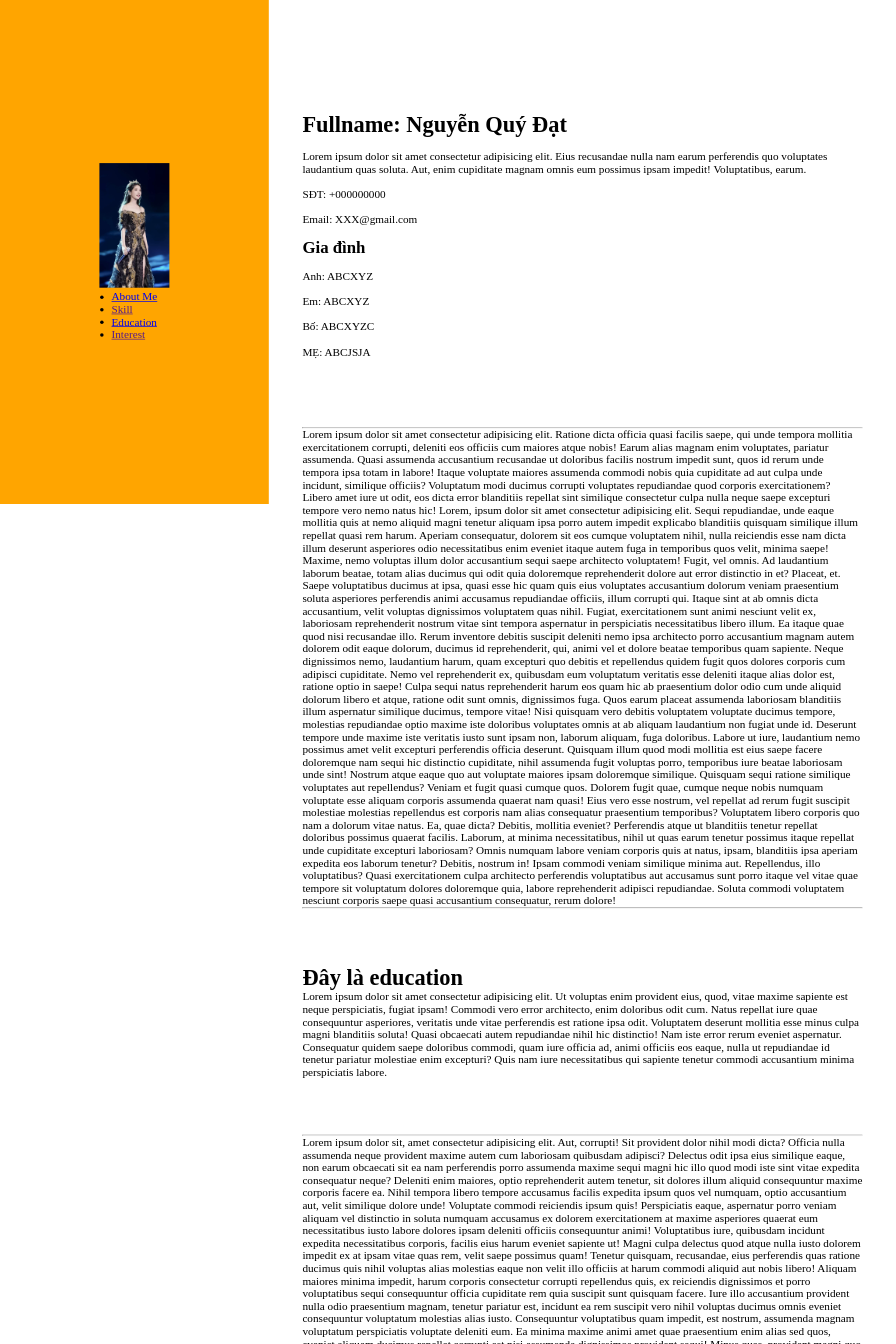
Repository: KinD2704/Web-University
Page: test/index.html
An editor plug-in stored every save of this project. The page is shown before and after the next save, followed by the edit.
The browser window is 1280 px wide. The pictures show the part of the page from y = 0 to 1920 px (the page is 2837 px tall), at 70% of full size.

Above is the page before, as saved 2023-12-01 22:49:20.

### test/index.html
<!DOCTYPE html>
<html lang="en">
    <head>
        <meta charset="UTF-8" />
        <meta name="viewport" content="width=device-width, initial-scale=1.0" />
        <title>Document</title>
        <link rel="stylesheet" href="style.css" />
    </head>
    <body>
        <div class="main">
            <div class="menu">
                <div class="logo">
                    <img
                        src="IU.jpg"
                        width="100"
                        alt="Đây là hình ảnh của tôi"
                    />
                </div>
                <div class="list">
                    <ul>
                        <li>
                            <a href="#ME">About Me</a>
                        </li>
                        <li>
                            <a href="">Skill</a>
                        </li>
                        <li>
                            <a href="#educate">Education</a>
                        </li>
                        <li>
                            <a href="">Interest</a>
                        </li>
                    </ul>
                </div>
            </div>
            <div class="para">
                <div class="aboutme" id="ME">
                    <h1>Fullname: Nguyễn Quý Đạt</h1>
                    <br />
                    <p>
                        Lorem ipsum dolor sit amet consectetur adipisicing elit.
                        Eius recusandae nulla nam earum perferendis quo
                        voluptates laudantium quas soluta. Aut, enim cupiditate
                        magnam omnis eum possimus ipsam impedit! Voluptatibus,
                        earum.
                    </p>
                    <br />
                    <p>SĐT: +000000000</p>
                    <br />
                    <p>Email: XXX@gmail.com</p>
                    <br />
                    <h2>Gia đình</h2>
                    <br />
                    <p>Anh: ABCXYZ</p>
                    <br />
                    <p>Em: ABCXYZ</p>
                    <br />
                    <p>Bố: ABCXYZC</p>
                    <br />
                    <p>MẸ: ABCJSJA</p>
                    <br />
                </div>
                <hr />
                <div class="Skill">
                    Lorem ipsum dolor sit amet consectetur adipisicing elit.
                    Ratione dicta officia quasi facilis saepe, qui unde tempora
                    mollitia exercitationem corrupti, deleniti eos officiis cum
                    maiores atque nobis! Earum alias magnam enim voluptates,
                    pariatur assumenda. Quasi assumenda accusantium recusandae
                    ut doloribus facilis nostrum impedit sunt, quos id rerum
                    unde tempora ipsa totam in labore! Itaque voluptate maiores
                    assumenda commodi nobis quia cupiditate ad aut culpa unde
                    incidunt, similique officiis? Voluptatum modi ducimus
                    corrupti voluptates repudiandae quod corporis
                    exercitationem? Libero amet iure ut odit, eos dicta error
                    blanditiis repellat sint similique consectetur culpa nulla
                    neque saepe excepturi tempore vero nemo natus hic! Lorem,
                    ipsum dolor sit amet consectetur adipisicing elit. Sequi
                    repudiandae, unde eaque mollitia quis at nemo aliquid magni
                    tenetur aliquam ipsa porro autem impedit explicabo
                    blanditiis quisquam similique illum repellat quasi rem
                    harum. Aperiam consequatur, dolorem sit eos cumque
                    voluptatem nihil, nulla reiciendis esse nam dicta illum
                    deserunt asperiores odio necessitatibus enim eveniet itaque
                    autem fuga in temporibus quos velit, minima saepe! Maxime,
                    nemo voluptas illum dolor accusantium sequi saepe architecto
                    voluptatem! Fugit, vel omnis. Ad laudantium laborum beatae,
                    totam alias ducimus qui odit quia doloremque reprehenderit
                    dolore aut error distinctio in et? Placeat, et. Saepe
                    voluptatibus ducimus at ipsa, quasi esse hic quam quis eius
                    voluptates accusantium dolorum veniam praesentium soluta
                    asperiores perferendis animi accusamus repudiandae officiis,
                    illum corrupti qui. Itaque sint at ab omnis dicta
                    accusantium, velit voluptas dignissimos voluptatem quas
                    nihil. Fugiat, exercitationem sunt animi nesciunt velit ex,
                    laboriosam reprehenderit nostrum vitae sint tempora
                    aspernatur in perspiciatis necessitatibus libero illum. Ea
                    itaque quae quod nisi recusandae illo. Rerum inventore
                    debitis suscipit deleniti nemo ipsa architecto porro
                    accusantium magnam autem dolorem odit eaque dolorum, ducimus
                    id reprehenderit, qui, animi vel et dolore beatae temporibus
                    quam sapiente. Neque dignissimos nemo, laudantium harum,
                    quam excepturi quo debitis et repellendus quidem fugit quos
                    dolores corporis cum adipisci cupiditate. Nemo vel
                    reprehenderit ex, quibusdam eum voluptatum veritatis esse
                    deleniti itaque alias dolor est, ratione optio in saepe!
                    Culpa sequi natus reprehenderit harum eos quam hic ab
                    praesentium dolor odio cum unde aliquid dolorum libero et
                    atque, ratione odit sunt omnis, dignissimos fuga. Quos earum
                    placeat assumenda laboriosam blanditiis illum aspernatur
                    similique ducimus, tempore vitae! Nisi quisquam vero debitis
                    voluptatem voluptate ducimus tempore, molestias repudiandae
                    optio maxime iste doloribus voluptates omnis at ab aliquam
                    laudantium non fugiat unde id. Deserunt tempore unde maxime
                    iste veritatis iusto sunt ipsam non, laborum aliquam, fuga
                    doloribus. Labore ut iure, laudantium nemo possimus amet
                    velit excepturi perferendis officia deserunt. Quisquam illum
                    quod modi mollitia est eius saepe facere doloremque nam
                    sequi hic distinctio cupiditate, nihil assumenda fugit
                    voluptas porro, temporibus iure beatae laboriosam unde sint!
                    Nostrum atque eaque quo aut voluptate maiores ipsam
                    doloremque similique. Quisquam sequi ratione similique
                    voluptates aut repellendus? Veniam et fugit quasi cumque
                    quos. Dolorem fugit quae, cumque neque nobis numquam
                    voluptate esse aliquam corporis assumenda quaerat nam quasi!
                    Eius vero esse nostrum, vel repellat ad rerum fugit suscipit
                    molestiae molestias repellendus est corporis nam alias
                    consequatur praesentium temporibus? Voluptatem libero
                    corporis quo nam a dolorum vitae natus. Ea, quae dicta?
                    Debitis, mollitia eveniet? Perferendis atque ut blanditiis
                    tenetur repellat doloribus possimus quaerat facilis.
                    Laborum, at minima necessitatibus, nihil ut quas earum
                    tenetur possimus itaque repellat unde cupiditate excepturi
                    laboriosam? Omnis numquam labore veniam corporis quis at
                    natus, ipsam, blanditiis ipsa aperiam expedita eos laborum
                    tenetur? Debitis, nostrum in! Ipsam commodi veniam similique
                    minima aut. Repellendus, illo voluptatibus? Quasi
                    exercitationem culpa architecto perferendis voluptatibus aut
                    accusamus sunt porro itaque vel vitae quae tempore sit
                    voluptatum dolores doloremque quia, labore reprehenderit
                    adipisci repudiandae. Soluta commodi voluptatem nesciunt
                    corporis saepe quasi accusantium consequatur, rerum dolore!
                </div>
                <hr />
                <div class="Education" id="educate">
                    <h1>Đây là education</h1>
                    <p>
                        Lorem ipsum dolor sit amet consectetur adipisicing elit.
                        Ut voluptas enim provident eius, quod, vitae maxime
                        sapiente est neque perspiciatis, fugiat ipsam! Commodi
                        vero error architecto, enim doloribus odit cum. Natus
                        repellat iure quae consequuntur asperiores, veritatis
                        unde vitae perferendis est ratione ipsa odit. Voluptatem
                        deserunt mollitia esse minus culpa magni blanditiis
                        soluta! Quasi obcaecati autem repudiandae nihil hic
                        distinctio! Nam iste error rerum eveniet aspernatur.
                        Consequatur quidem saepe doloribus commodi, quam iure
                        officia ad, animi officiis eos eaque, nulla ut
                        repudiandae id tenetur pariatur molestiae enim
                        excepturi? Quis nam iure necessitatibus qui sapiente
                        tenetur commodi accusantium minima perspiciatis labore.
                    </p>
                </div>
                <hr />
                <div class="Interest">
                    Lorem ipsum dolor sit, amet consectetur adipisicing elit.
                    Aut, corrupti! Sit provident dolor nihil modi dicta? Officia
                    nulla assumenda neque provident maxime autem cum laboriosam
                    quibusdam adipisci? Delectus odit ipsa eius similique eaque,
                    non earum obcaecati sit ea nam perferendis porro assumenda
                    maxime sequi magni hic illo quod modi iste sint vitae
                    expedita consequatur neque? Deleniti enim maiores, optio
                    reprehenderit autem tenetur, sit dolores illum aliquid
                    consequuntur maxime corporis facere ea. Nihil tempora libero
                    tempore accusamus facilis expedita ipsum quos vel numquam,
                    optio accusantium aut, velit similique dolore unde!
                    Voluptate commodi reiciendis ipsum quis! Perspiciatis eaque,
                    aspernatur porro veniam aliquam vel distinctio in soluta
                    numquam accusamus ex dolorem exercitationem at maxime
                    asperiores quaerat eum necessitatibus iusto labore dolores
                    ipsam deleniti officiis consequuntur animi! Voluptatibus
                    iure, quibusdam incidunt expedita necessitatibus corporis,
                    facilis eius harum eveniet sapiente ut! Magni culpa delectus
                    quod atque nulla iusto dolorem impedit ex at ipsam vitae
                    quas rem, velit saepe possimus quam! Tenetur quisquam,
                    recusandae, eius perferendis quas ratione ducimus quis nihil
                    voluptas alias molestias eaque non velit illo officiis at
                    harum commodi aliquid aut nobis libero! Aliquam maiores
                    minima impedit, harum corporis consectetur corrupti
                    repellendus quis, ex reiciendis dignissimos et porro
                    voluptatibus sequi consequuntur officia cupiditate rem quia
                    suscipit sunt quisquam facere. Iure illo accusantium
                    provident nulla odio praesentium magnam, tenetur pariatur
                    est, incidunt ea rem suscipit vero nihil voluptas ducimus
                    omnis eveniet consequuntur voluptatum molestias alias iusto.
                    Consequuntur voluptatibus quam impedit, est nostrum,
                    assumenda magnam voluptatum perspiciatis voluptate deleniti
                    eum. Ea minima maxime animi amet quae praesentium enim alias
                    sed quos, eveniet aliquam ducimus repellat corrupti est nisi
                    assumenda dignissimos provident sequi! Minus quas, provident
                    magni quo exercitationem natus, totam ipsa neque animi a
                    alias consequatur iusto! Delectus unde praesentium deleniti
                    harum dolore autem voluptates quasi, molestias modi
                    blanditiis consequatur officia accusamus inventore eligendi,
                    temporibus quibusdam ex, eos sint consequuntur. Voluptatum
                    in libero impedit neque illum natus repudiandae. Ab officia
                    fugiat ex odio quasi consectetur provident excepturi ipsum.
                    Eius, quod dolorem incidunt, harum explicabo enim, et
                    consectetur dignissimos minus voluptate at! Doloremque nobis
                    dolorum repellat et enim ipsam, id dolorem excepturi
                    voluptates pariatur eveniet. Est modi pariatur rem quae
                    tenetur error facilis magni eius sint impedit? Culpa,
                    assumenda. Blanditiis officiis facilis nostrum aut, amet
                    fuga, maxime reprehenderit, alias non aspernatur dolorum
                    voluptatem natus accusamus! Sed, dignissimos! Tempora
                    tempore eos corrupti, dolor itaque facilis impedit
                    laboriosam quae sunt est beatae mollitia officiis quia
                    deleniti soluta dolores. Molestiae illo a praesentium
                    blanditiis ut debitis quia omnis eius necessitatibus rerum
                    culpa, ex alias non modi iste, facilis aut corrupti dolor in
                    ipsa officia. Voluptatibus molestiae debitis earum
                    temporibus eius praesentium consequatur dolorem perspiciatis
                    exercitationem? Atque quisquam dicta in ea deleniti
                    delectus. Inventore reprehenderit nam, temporibus autem
                    doloribus nostrum animi, illo modi in libero hic labore,
                    nisi architecto dolore illum saepe asperiores corporis
                    consequatur atque dignissimos omnis. A possimus earum
                    exercitationem qui quod neque unde, cumque inventore,
                    consequuntur laborum praesentium consequatur voluptatem
                    ipsam explicabo, error reiciendis? Quaerat voluptatum,
                    blanditiis pariatur non facilis veritatis, perferendis, eos
                    ad distinctio accusamus aliquid. Impedit modi soluta
                    corporis amet consectetur iusto fugit eaque a enim quos vel
                    dolorum rerum, dolore deserunt! Dolor illum maiores, ipsam
                    esse cumque eius amet molestias necessitatibus quae eveniet,
                    repellat sed inventore voluptatibus culpa nisi id
                    repudiandae totam! Magnam, optio eos? Magni delectus fugiat
                    perferendis doloremque rem, corrupti beatae dolorum
                    accusamus cupiditate placeat. Obcaecati doloremque
                    blanditiis fuga quae nihil maxime cupiditate illum
                    architecto velit dolor doloribus minus earum odio dolores
                    expedita, vero assumenda! Earum repellendus blanditiis
                    ducimus dicta expedita, necessitatibus velit eius maxime
                    nostrum esse optio numquam nulla qui aperiam ab harum
                    impedit, dignissimos praesentium delectus quidem culpa,
                    ipsum iste quasi? Quas accusamus laborum enim iure eos
                    animi, excepturi distinctio officiis, tempore dignissimos
                    earum totam repellendus? Eaque saepe voluptatum dicta
                    commodi! Sunt rerum assumenda officia nobis iure at
                    molestiae corporis obcaecati illo ipsa eius atque, non
                    doloribus harum laboriosam rem culpa incidunt soluta fuga
                    exercitationem quam dolore? Excepturi iure officiis
                    cupiditate unde, saepe odit dolor nihil libero est, quasi
                    molestiae minus nemo. Numquam modi iusto cupiditate illo non
                    exercitationem pariatur accusamus. Facere labore eveniet
                    odit quibusdam quod eos facilis placeat hic mollitia libero
                    illum accusamus quidem exercitationem, optio quae itaque
                    accusantium illo ea ex nihil. Tempora ullam quis nam beatae
                    minus nobis possimus velit mollitia reprehenderit
                    repudiandae error doloremque veniam assumenda voluptate
                    architecto maiores id, eligendi incidunt aliquid dicta vel?
                    Labore, qui. Tempore impedit ipsum id illum in debitis eius.
                    Dolorem beatae vero quam obcaecati ratione quae voluptatem
                    mollitia accusamus expedita ab iste minima earum eius natus
                    eos autem officiis excepturi sapiente aliquam, provident
                    blanditiis odit modi veritatis! Inventore animi
                    reprehenderit consectetur minus asperiores in perspiciatis
                    ratione, nihil molestias recusandae rerum doloremque
                    voluptas quaerat ipsa unde? Quod, deserunt quisquam eius
                    repellat ea saepe inventore. Cupiditate quos, quas pariatur
                    obcaecati alias reiciendis quod error sunt facere sint nam
                    vero ipsam illo incidunt veniam provident numquam atque
                    officia rerum similique, libero fuga maiores at. Consectetur
                    asperiores quaerat hic assumenda earum ab iste, veniam
                    cumque necessitatibus iure facere aliquid quia. Aut porro
                    voluptatem rem, distinctio provident deserunt voluptatibus
                    assumenda pariatur quasi maiores temporibus adipisci nihil
                    recusandae vel dolor aperiam est praesentium. Repudiandae
                    qui quidem exercitationem provident a. Blanditiis ad
                    assumenda repudiandae quisquam voluptatibus natus autem,
                    dolor iste sint, nesciunt aperiam maxime ex ipsa doloribus
                    tempore expedita, veritatis soluta quo quia! Provident
                    distinctio quasi, sed nisi dolorem facilis! Sunt
                    perspiciatis molestias aliquid sed fugiat fugit adipisci,
                    esse impedit optio, eveniet consequuntur dolorum natus
                    consequatur dolores atque nam nobis maxime voluptatibus.
                    Laboriosam unde quasi quaerat velit facere qui eius eveniet
                    consequuntur labore impedit perspiciatis quae modi repellat
                    quis non iusto, nulla enim magnam quibusdam facilis
                    veritatis. Tempora vitae voluptatibus et voluptatum dolor.
                    Nemo tenetur nostrum quasi fugit voluptate laborum neque
                    earum blanditiis, saepe facilis, doloribus illum, optio sed
                    in. Magnam soluta corrupti architecto adipisci, iusto
                    laboriosam quis magni sapiente harum, delectus sit ipsum
                    consectetur maiores assumenda, fugit atque modi ab vel odio
                    vero enim quam! Iure ipsa enim nobis alias officia.
                    Molestias perspiciatis fuga incidunt, ex dolorem
                    repellendus, alias sit vel architecto neque ab nostrum.
                </div>
            </div>
        </div>
    </body>
</html>

### test/style.css
* {
    padding: 0;
    margin: 0;
}
.main {
    display: flex;
}
.main .menu {
    background-color: orange;
    width: 30%;
    display: flex;
    justify-content: center;
    align-items: center;
    flex-direction: column;
    height: 100vh;
    position: fixed;
    top: 0;
    left: 0;
}
.main .para {
    padding: 5rem 3rem;
    margin-left: 30%;
}
.main .para .aboutme,
.main .para .Education {
    padding: 5rem 0;
}

After the next save:
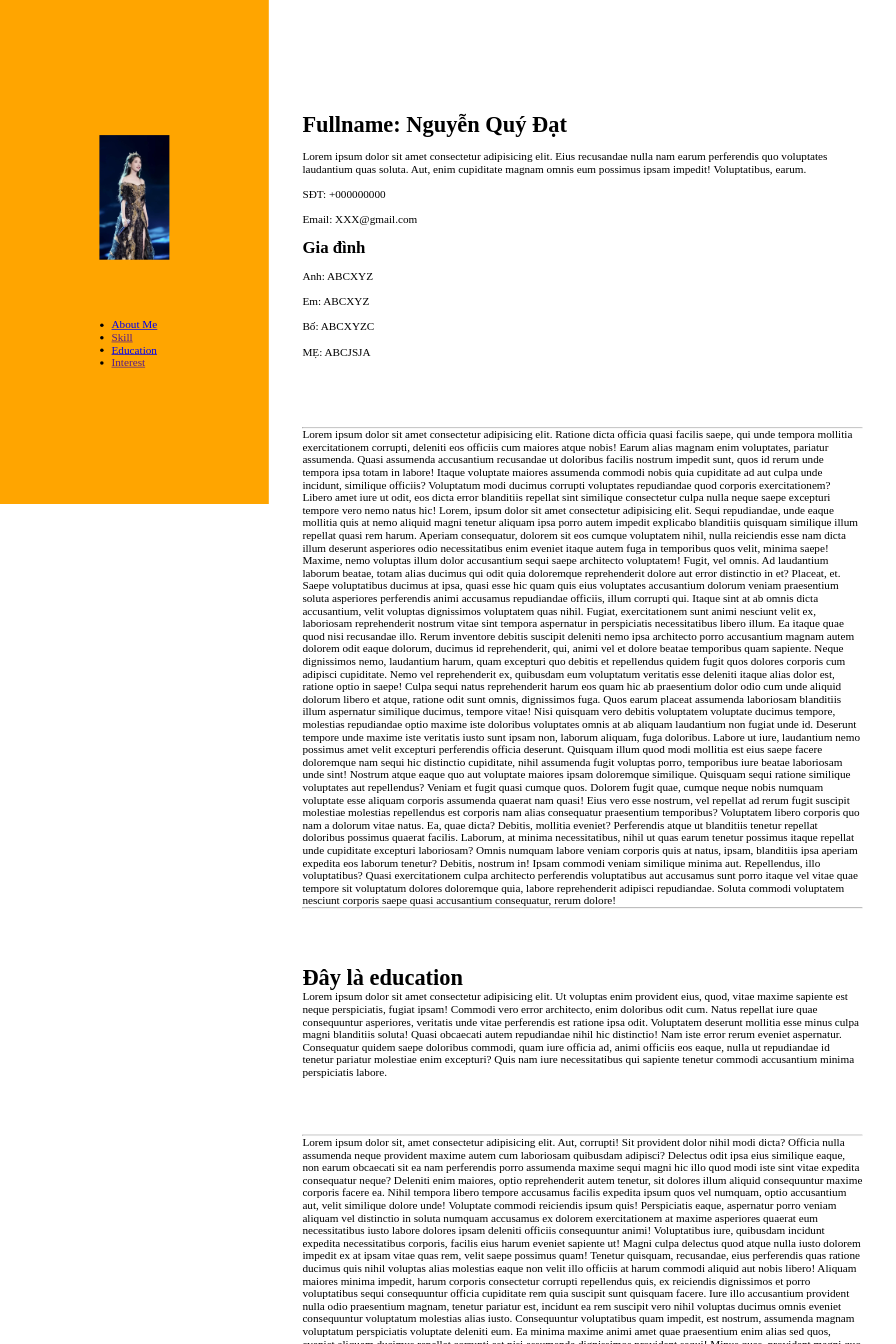
Saved 87 s later.
--- a/test/style.css
+++ b/test/style.css
@@ -4,6 +4,9 @@
 }
 .main {
     display: flex;
+}
+.main .menu .logo {
+    padding-bottom: 5rem;
 }
 .main .menu {
     background-color: orange;
